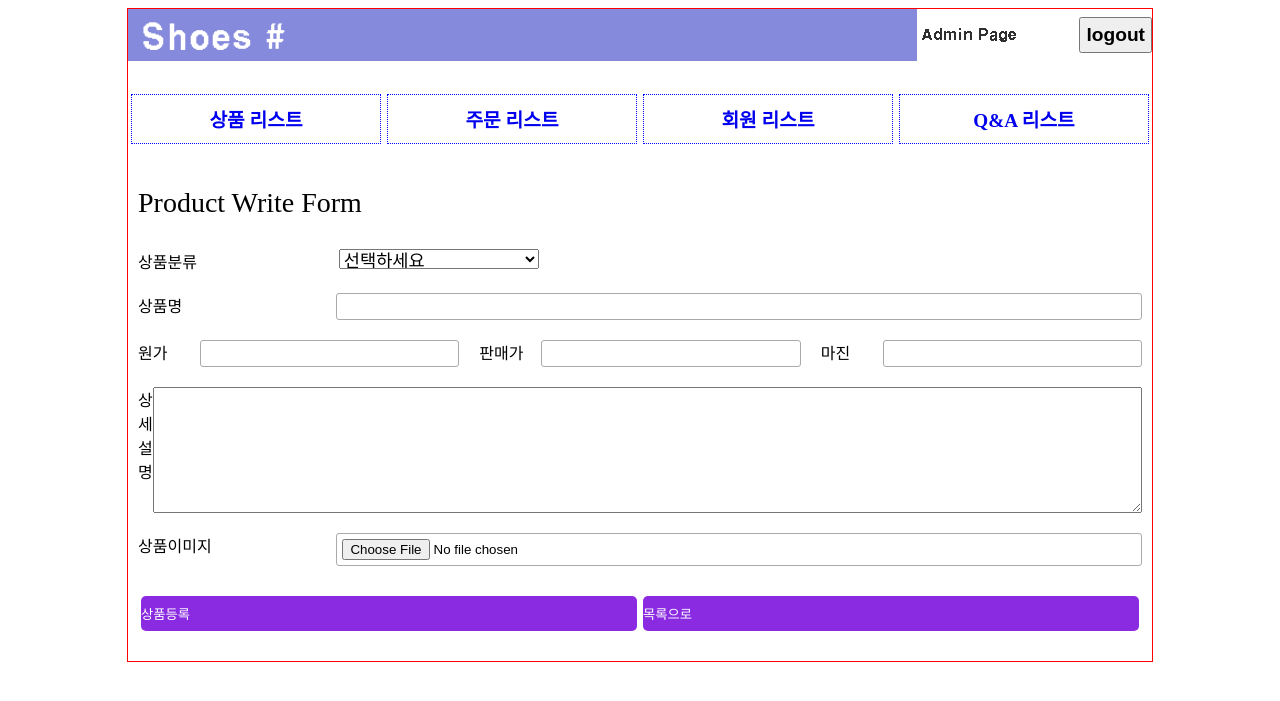
Repository: kkm41/SQL
Page: http://localhost/WEB12_ShoesShop/admin/product/productWrite.jsp
An editor plug-in stored every save of this project. The page is shown before and after the next save, followed by the edit.
The browser window is 1280 px wide. The pictures show the whole page.
The page is served by Tomcat 10. The template is opened directly, without the code that normally fills it, so the values that code supplies are empty.

Above is the page before, as saved 2024-05-23 07:42:24.

After the next save:
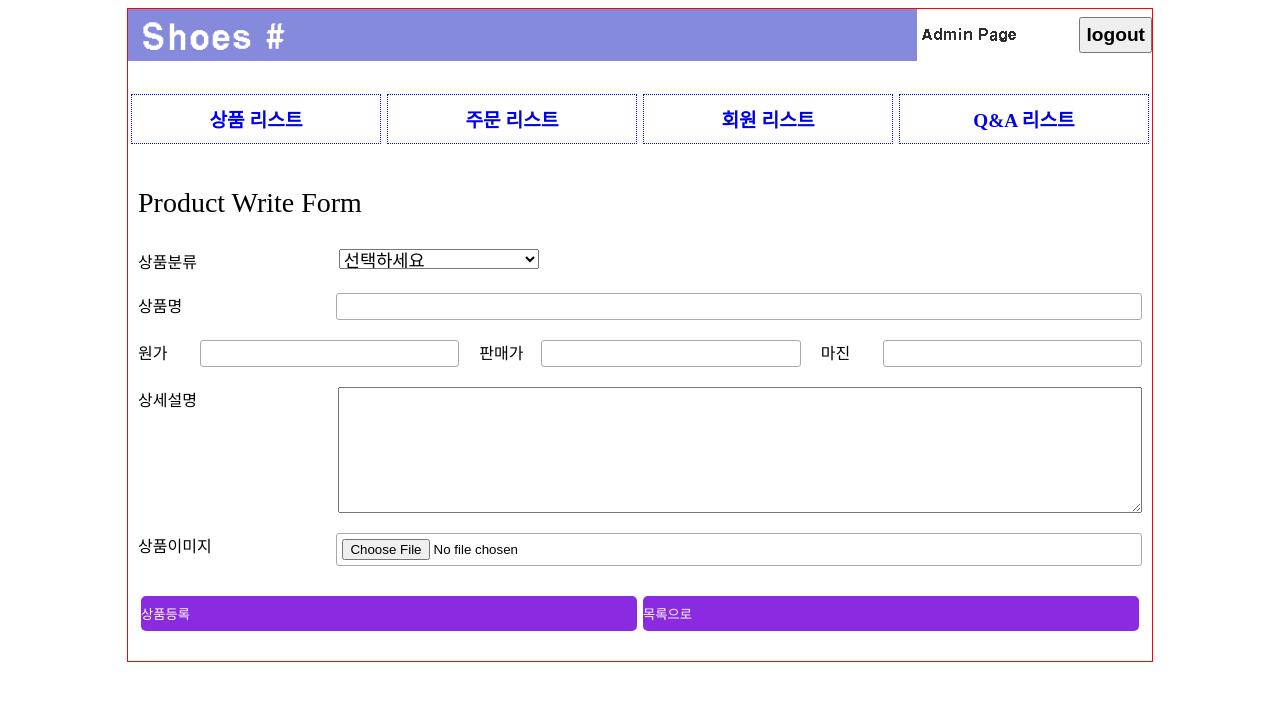
Saved 38 s later.
--- a/workspace/WEB12_ShoesShop/src/main/webapp/admin/product/productWrite.jsp
+++ b/workspace/WEB12_ShoesShop/src/main/webapp/admin/product/productWrite.jsp
@@ -31,7 +31,7 @@
 					</div>
 					<div class="field">
 					<label>상세설명</label>
-						<textarea name="content" rows="8" style="width:100%"></textarea>
+						<textarea name="content" rows="8" style="flex:4;"></textarea>
 					</div>
 					<div class="field">
 					<label>상품이미지</label>
